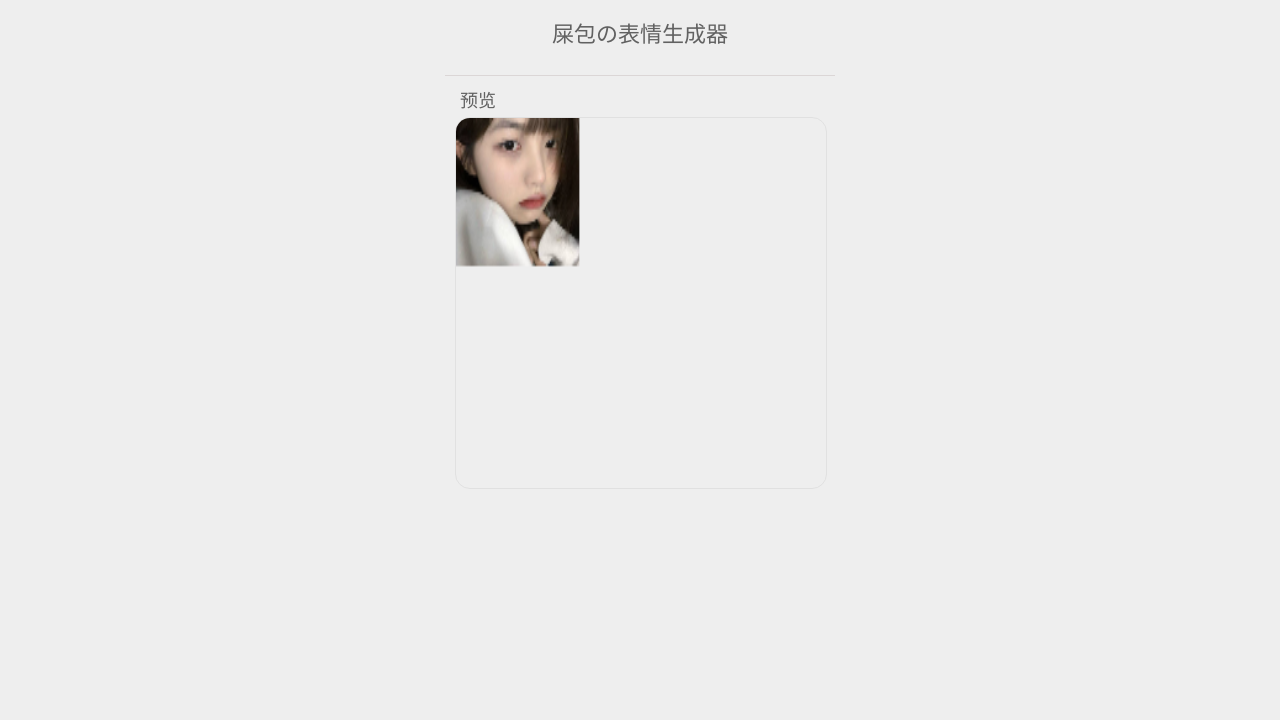
Repository: long-zuyang/shibao
Page: /
An editor plug-in stored every save of this project. The page is shown before and after a run of saves, followed by the edit.
The browser window is 1280 px wide. The pictures show the whole page.
The project was rebuilt for these pictures with package versions that can differ from the ones it lists, and the page was loaded fresh each time. Also part of the build but not shown: vite.config.ts.

Above is the page before, as saved 2023-06-30 00:05:47.

After the next 3 saves:
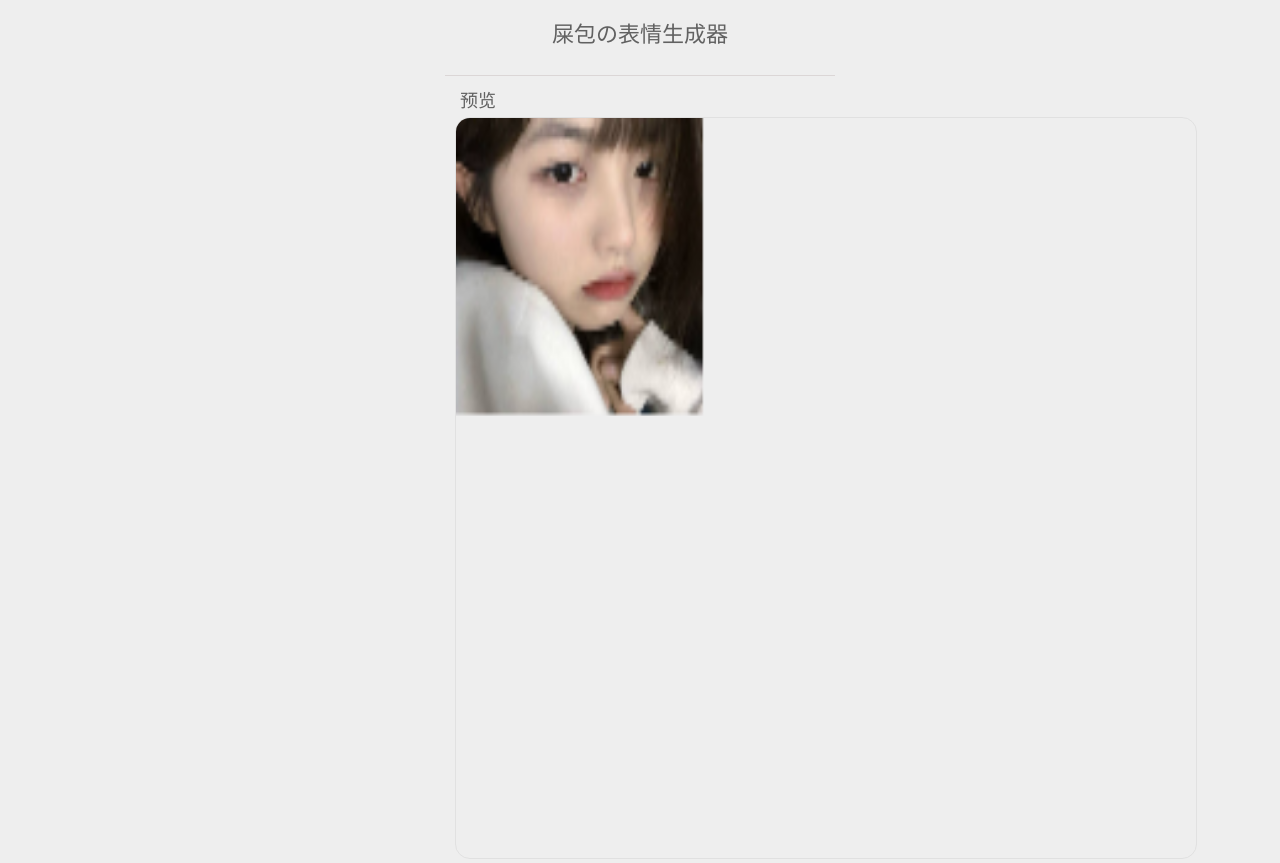
The 3 saves are shown as one change because they came seconds apart.
The last was saved 119 s later.
--- a/src/App.less
+++ b/src/App.less
@@ -29,8 +29,8 @@ body {
       }
       canvas {
         margin-top: 5px;
-        height: 370px;
-        width: 370px;
+        height: 740px;
+        width: 740px;
         border: 1px solid rgba(223, 223, 223, 0.9);
         border-radius: 15px;
       }
